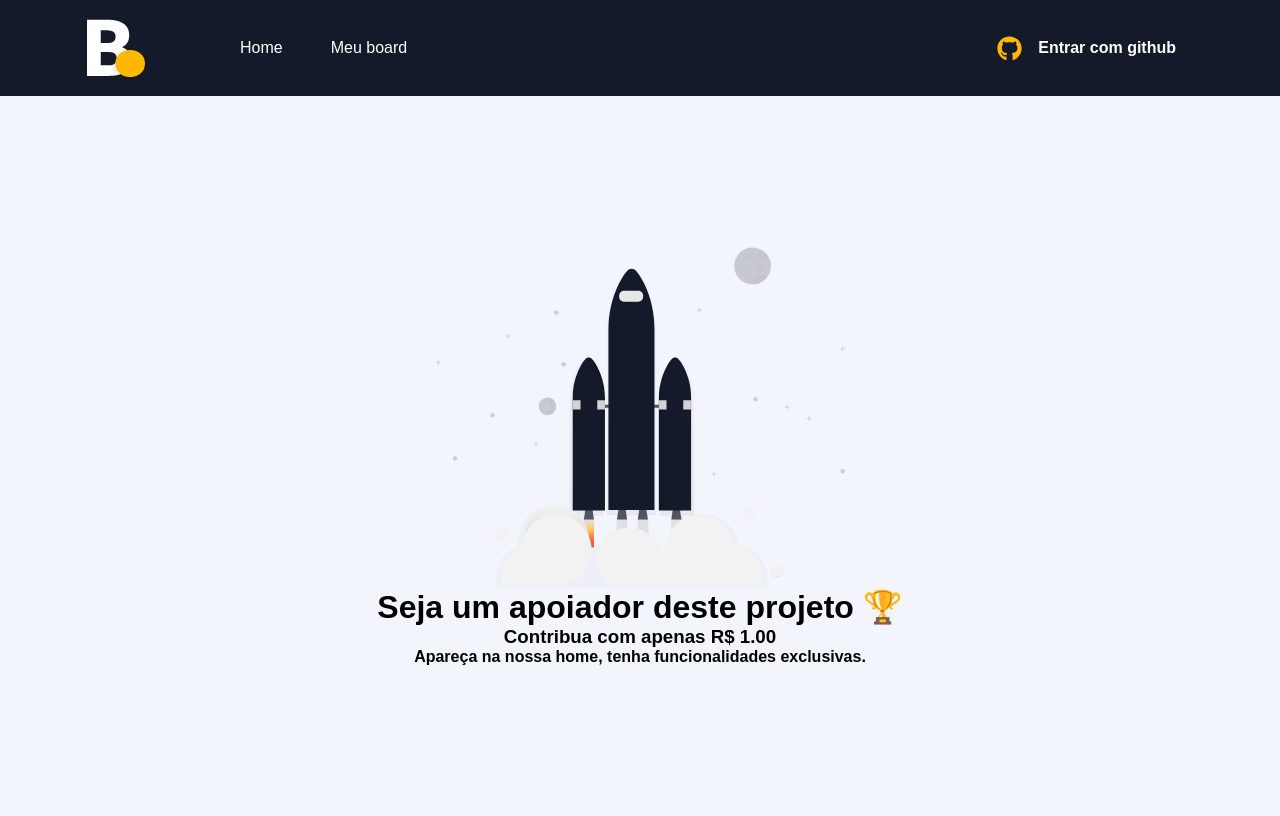
Repository: ArthurHendrich/Task-Board
Page: /donate
The author's editor kept a copy of each file at every save. The page is drawn from the files as they stood at one save, then again after the next save.
The browser window is 1280 px wide. The pictures show the whole page.
The page's requests for data from a server got no answer. The project was rebuilt for these pictures with package versions that can differ from the ones it lists, and the page was loaded fresh each time. The framework's server and built-in components were replaced by stand-ins that run in the browser. No one was signed in, and anything a server would have sent is missing. Also part of the build but not shown: next.config.js.

Above is the page before, as saved 2022-07-05 14:42:57.

### src/pages/_app.tsx
import { AppProps } from "next/app";
import { Header } from "../components/Header";

import "../styles/global.scss";

import { SessionProvider as NextAuthProvider } from "next-auth/react";

function MyApp({ Component, pageProps }: AppProps) {
  return (
    <NextAuthProvider session={pageProps.session} >
      <Header />
      <Component {...pageProps} />
    </NextAuthProvider>
  );
}

export default MyApp;

### src/pages/_document.tsx
import Document, { Head, Html, Main, NextScript } from "next/document";

export default class MyDocument extends Document{
  render(){
    return(
      <Html>
        <Head>
        </Head>
        <body>
          <Main />
          <NextScript />
        </body>
      </Html>
    )
  }
}

### src/pages/donate/index.tsx
import Head from 'next/head';
import styles from './styles.module.scss';

export default function Donate() {
  return(
    <>
    <Head>
      <title>Support | Tarefas </title>
    </Head>

    <main className={styles.container} >
      <img src="/images/rocket.svg" alt="apoiador" />

      <h1>Seja um apoiador deste projeto 🏆</h1>
      <h3>Contribua com apenas <span>R$ 1.00</span></h3>
      <strong>Apareça na nossa home, tenha funcionalidades exclusivas.</strong>
    </main>
    </>
  )
}

### src/components/Header/index.tsx
import Link from "next/link";
import { SignInButton } from "../SignInButton/index";
import styles from "./styles.module.scss";

export function Header() {
  return (
    <header className={styles.headerContainer}>
      <div className={styles.headerContent}>
        <Link href="/">
          <img src="/images/logo.svg" alt="Logo" />
        </Link>

        <nav>
          <Link href="/">
            <a>Home</a>
          </Link>
          <Link href="/board">
            <a>Meu board</a>
          </Link>
        </nav>

        <SignInButton />
      </div>
    </header>
  );
}

### src/styles/global.scss
* {
  margin: 0;
  padding: 0;
  box-sizing: border-box;
}

@media (max-width: 1080px) {
  html {
    font-size: 93.75%;
  }
}

@media (max-width: 720px) {
  html {
    font-size: 87.5%;
  }
}


body {
  background: #F2F6FC;
}

body, input, textarea, select, button {
  font: 400 1rem sans-serif;
}

button {
  cursor: pointer;
}

a {
  text-decoration: none;
  color: inherit;
}

### src/pages/donate/styles.module.scss
.container {
  max-width: 1120px;
  margin: 0 auto;
  padding: 0 2rem;
  height: 100vh;

  display: flex;
  align-items: center;
  justify-content: center;
  flex-direction: column;
}

### src/components/SignInButton/index.tsx
import { signIn, signOut, useSession } from "next-auth/react";


import { FaGithub } from "react-icons/fa";
import { FiX } from "react-icons/fi";


import styles from "./styles.module.scss";


export function SignInButton() {
  const { data: session } = useSession();

  return session ? (
    <button
      type="button"
      className={styles.signInButton}
      onClick={() => signOut()}
    >
      <img
        src={session.user.image}
        alt="Github"
      />
      Olá {session.user.name}
      <FiX color="#737380" className={styles.closeIcon} />
    </button>
  ) : (
    <button
      type="button"
      className={styles.signInButton}
      onClick={() => signIn("github")}
    >
      <FaGithub color="#FFB800" />
      Entrar com github
    </button>
  );
}

### src/components/Header/styles.module.scss
.headerContainer {
  height: 6rem;
  background-color: #141a29;
}

.headerContent {
  max-width: 1120px;
  height: 6rem;
  margin: 0 auto;
  display: flex;
  align-items: center;

  img {
    cursor: pointer;
  }

  nav{
    margin-left: 5rem;
    height: 5rem;

    a {
      display: inline-block;
      position: relative;
      padding: 0 0.5rem;
      height: 5rem;
      line-height: 5rem;
      color: #FFF;

      & + a {
        margin-left: 2rem;
      }
    }

  }

  button {
    margin-left: auto;
  }

}

### src/components/SignInButton/styles.module.scss
.signInButton{
  height: 2.5rem;
  border-radius: 3rem;
  background: transparent;
  border: 0;
  display: flex;
  align-items: center;
  justify-content: center;
  padding: 0 1.5rem;
  color: #FFF;
  font-weight: bold;
  transition: filter 0.2s;

  svg {
    width: 25px;
    height: 25px;
  }

  img {
    width: 35px;
    height: 35px;
    border-radius: 50%;
    margin-right: 1rem;
  }

  &:hover{
    filter: brightness(0.9);
  }

  svg:first-child {
    margin-right: 1rem;
  }

  svg.closeIcon {
    margin-left: 1rem;
  }
}

After the next save:
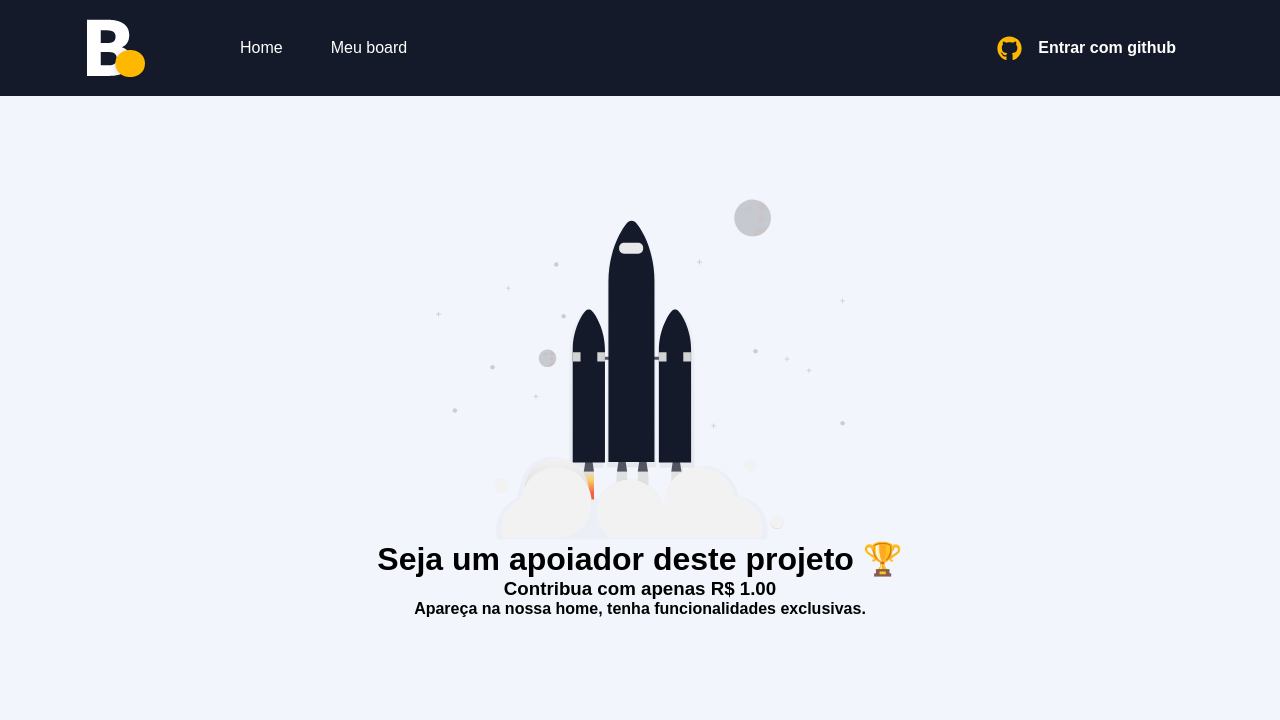
Saved 15 s later.
--- a/src/pages/donate/styles.module.scss
+++ b/src/pages/donate/styles.module.scss
@@ -2,7 +2,7 @@
   max-width: 1120px;
   margin: 0 auto;
   padding: 0 2rem;
-  height: 100vh;
+  height: calc(100vh - 6rem);
 
   display: flex;
   align-items: center;
